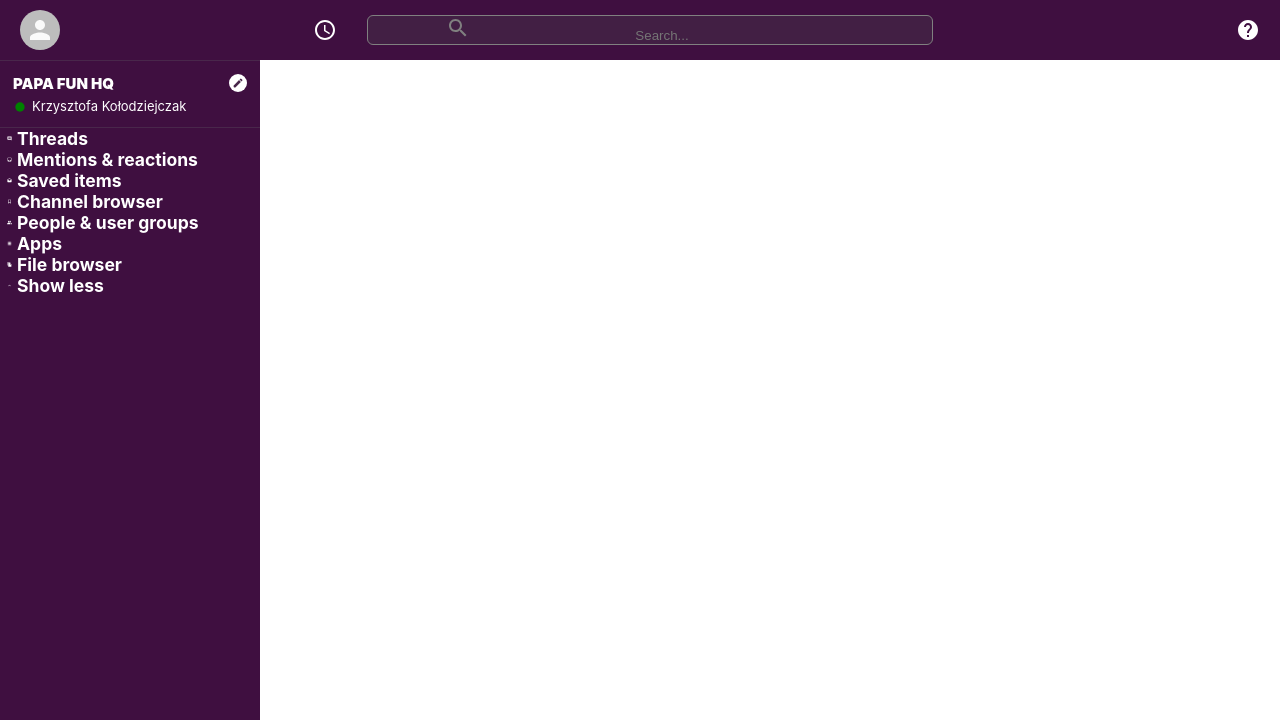
Repository: KrzysKolo/slackClone
Page: /
The author's editor kept a copy of each file at every save. The page is drawn from the files as they stood at one save, then again after the next save.
The browser window is 1280 px wide. The pictures show the whole page.
The project was rebuilt for these pictures with package versions that can differ from the ones it lists, and the page was loaded fresh each time. Also part of the build but not shown: src/App.css, src/pages/About/About.js.

Above is the page before, as saved 2021-12-27 16:13:33.

### src/index.css
* {
  margin: 0;
  padding: 0;
  box-sizing: border-box;
}
body {
  --slack-color: #3f0f40;
  overflow: hidden;

  margin: 0;
  font-family: -apple-system, BlinkMacSystemFont, 'Segoe UI', 'Roboto', 'Oxygen',
    'Ubuntu', 'Cantarell', 'Fira Sans', 'Droid Sans', 'Helvetica Neue',
    sans-serif;
  -webkit-font-smoothing: antialiased;
  -moz-osx-font-smoothing: grayscale;
}

code {
  font-family: source-code-pro, Menlo, Monaco, Consolas, 'Courier New',
    monospace;
}

### src/App.js
import './App.css';
import {BrowserRouter as Router, Routes, Route, Link } from 'react-router-dom';
import { AppBody } from './style';
import { About } from './pages'
import { Header, Sidebar } from './components';

function App() {
  return (
    <Router>
      <>
        <Header />
        <AppBody>
          <Sidebar />
          <Routes>
            <Route path='/' exact  />
          </Routes>
        </AppBody>
      </>
    </Router>
  );
}

export default App;

### src/style.js
import styled from 'styled-components';

export const AppBody = styled.div`
  display: flex;
  height: 100vh;
`;

### src/components/index.js
export { default as Header } from './Header';
export { default as Sidebar } from './Sidebar';
export { default as SidebarOption } from './SidebarOption';

### src/components/SidebarOption/index.js
export { default } from './SidebarOption';

### src/components/Header/Header.js
import React from 'react';
import { HeaderContainer, HeaderLeft, HeaderAvatar, HeaderSearch, HeaderRight } from './style';
import AccessTimeIcon from '@material-ui/icons/AccessTime';
import SearchIcon from '@material-ui/icons/Search';
import HelpIcon from '@material-ui/icons/Help';


const Header = () => {
  return (
    <HeaderContainer>
      {/*  Header Left */}
      <HeaderLeft>
        <HeaderAvatar

         />
         <AccessTimeIcon />
      </HeaderLeft>
      {/*  Header Search */}
      <HeaderSearch>
        <SearchIcon />
        <input placeholder='Search...' />
      </HeaderSearch>
      {/*  Header Right */}
      <HeaderRight>
        <HelpIcon />
      </HeaderRight>
    </HeaderContainer>
  )
}

export default Header;

### src/components/Sidebar/Sidebar.js
import React from 'react';
import { SidebarContainer, SidebarHead, SidebarInfo } from './style';
import { SidebarOption } from './../';
import FiberManualRecordIcon from '@material-ui/icons/FiberManualRecord';
import CreateIcon from '@material-ui/icons/Create';
import InsertCommentIcon from '@material-ui/icons/InsertComment';
import InboxIcon from '@material-ui/icons/Inbox';
import DraftsIcon from '@material-ui/icons/Drafts';
import BookmarkBorderIcon from '@material-ui/icons/BookmarkBorder';
import PeopleAltIcon from '@material-ui/icons/PeopleAlt';
import AppsIcon from '@material-ui/icons/Apps';
import FileCopyIcon from '@material-ui/icons/FileCopy';
import ExpandLessIcon from '@material-ui/icons/ExpandLess';




const Sidebar = () => {
  return (
    <SidebarContainer>
      <SidebarHead>
        <SidebarInfo>
          <h2>PAPA FUN HQ</h2>
          <h3>
            <FiberManualRecordIcon  />
            Krzysztofa Kołodziejczak
          </h3>
        </SidebarInfo>
        <CreateIcon />
      </SidebarHead>
      <SidebarOption Icon={InsertCommentIcon} title="Threads" />
      <SidebarOption Icon={InboxIcon} title="Mentions & reactions" />
      <SidebarOption Icon={DraftsIcon} title="Saved items" />
      <SidebarOption Icon={BookmarkBorderIcon} title="Channel browser" />
      <SidebarOption Icon={PeopleAltIcon} title="People & user groups" />
      <SidebarOption Icon={AppsIcon} title="Apps" />
      <SidebarOption Icon={FileCopyIcon} title="File browser" />
      <SidebarOption Icon={ExpandLessIcon} title="Show less" />
    </SidebarContainer>
  )
}

export default Sidebar;

### src/components/SidebarOption/SidebarOption.js
import React from 'react';
import {SidebarOptionContainer, SidebarOptionChanel} from './style';

const SidebarOption = ({ Icon, title }) => {
  return (
    <SidebarOptionContainer>
      { Icon && <Icon style={{ fontSize: 15, padding: 5}}/> }
      {Icon ?
      (
        <h3>{title}</h3>
      )
      : (
        <SidebarOptionChanel>
          <span>#</span> {title}
        </SidebarOptionChanel>
      )}
    </SidebarOptionContainer>
  )
}

export default SidebarOption;

### src/components/Header/style.js
import styled from 'styled-components';
import { Avatar } from '@material-ui/core';

export const HeaderContainer = styled.header`
  display: flex;
  position: fixed;
  width: 100%;
  align-items: center;
  justify-content: space-between;
  padding: 10px 0;
  background-color: var(--slack-color);
  color: white;
`;
export const HeaderLeft = styled.div`
  flex: 0.3;
  display: flex;
  align-items: center;
  margin-left: 20px;
  > .MuiSvgIcon-root {
    margin-left: auto;
    margin-right: 30px;
  }
`;

export const HeaderAvatar = styled(Avatar)`
  cursor: pointer;

  :hover {
    opacity: 0.8;
  }
`;

export const HeaderSearch = styled.div`
  flex: 0.4;
  opacity: 1;
  border-radius: 6px;
  background-color: #421f44;
  text-align: center;
  padding: 0 50px;
  color: gray;
  border: 1px gray solid;
  > input {
    background-color: transparent;
    border: none;
    text-align: center;
    min-width: 30vw;
    outline: 0;
    color: white;
  }
`;
export const HeaderRight = styled.div`
  flex: 0.3;
  display: flex;
  align-items: flex-end;
  > .MuiSvgIcon-root {
    margin-left: auto;
    margin-right: 20px;
  }
`;

### src/components/Sidebar/style.js
import styled from 'styled-components';

export const SidebarContainer = styled.div`
  color: white;
  background-color: var(--slack-color);
  flex: 0.3;
  border-top: 1px solid #49274b;
  max-width: 260px;
  margin-top: 60px;
`;

export const SidebarHead = styled.div`
  display: flex;
  border-bottom: 1px solid #49274b;
  padding: 13px;
  > .MuiSvgIcon-root {
    padding: 3px;
    color: #49274b;
    font-size: 18px;
    background: #fff;
    border-radius: 50%;
  }
`;

export const SidebarInfo = styled.div`
  flex: 1;
  > h2 {
  font-size: 15px;
  font-weight: 900;
  margin-bottom: 5px;
  }
  > h3 {
    display: flex;
    font-size: 13px;
    font-weight: 400;
    align-items: center;
  }
  > h3 > .MuiSvgIcon-root {
      font-size: 14px;
      margin-right: 5px;
      margin-top: 1px;
      color: green;
    }
`;

### src/components/SidebarOption/style.js
import styled from 'styled-components';

export const SidebarOptionContainer = styled.div`
  display: flex;
  font-size: 15px;
  align-items: center;
  padding-left: 2px;
  cursor: pointer;
`;
export const SidebarOptionChanel = styled.div``;

Loaded but not shown: public/index.html (common file); src/index.js (common file); src/pages/index.js (common file); src/pages/About/index.js (common file); src/components/Header/index.js (common file); src/components/Sidebar/index.js (common file)

After the next save:
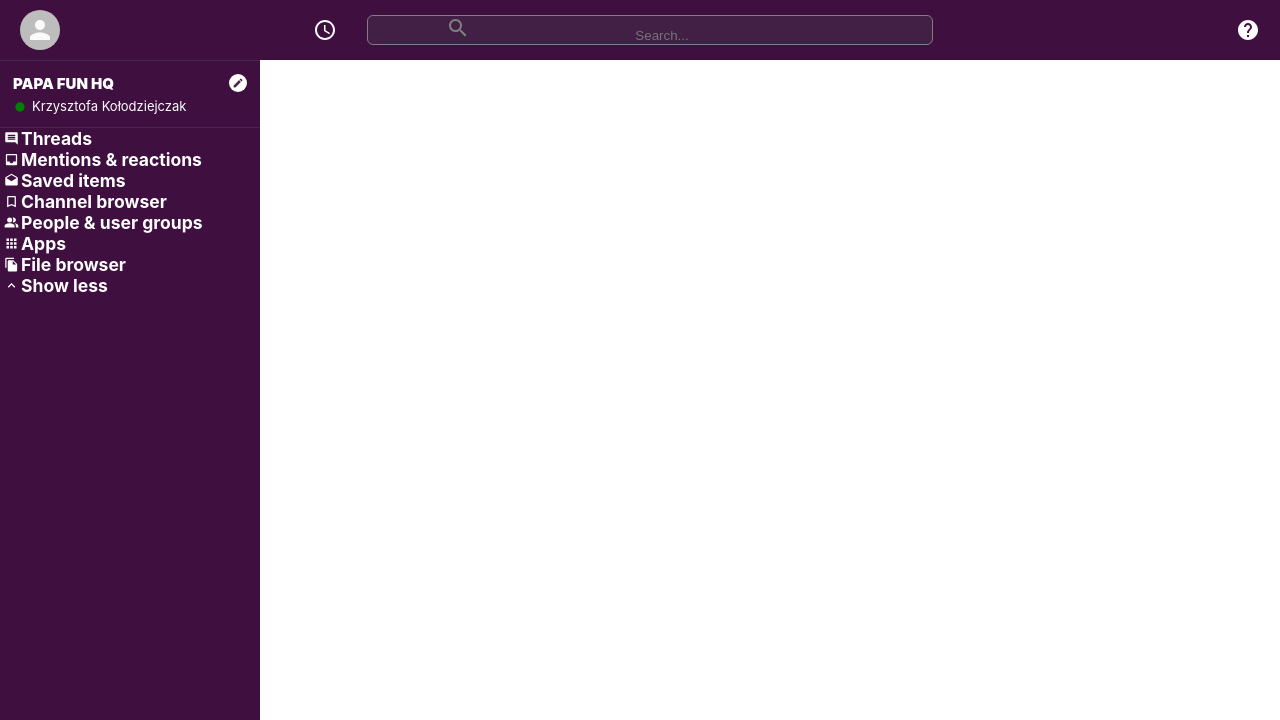
Saved 16 s later.
--- a/src/components/SidebarOption/SidebarOption.js
+++ b/src/components/SidebarOption/SidebarOption.js
@@ -4,7 +4,7 @@ import {SidebarOptionContainer, SidebarOptionChanel} from './style';
 const SidebarOption = ({ Icon, title }) => {
   return (
     <SidebarOptionContainer>
-      { Icon && <Icon style={{ fontSize: 15, padding: 5}}/> }
+      { Icon && <Icon style={{ fontSize: 15, margin: 2}}/> }
       {Icon ?
       (
         <h3>{title}</h3>
